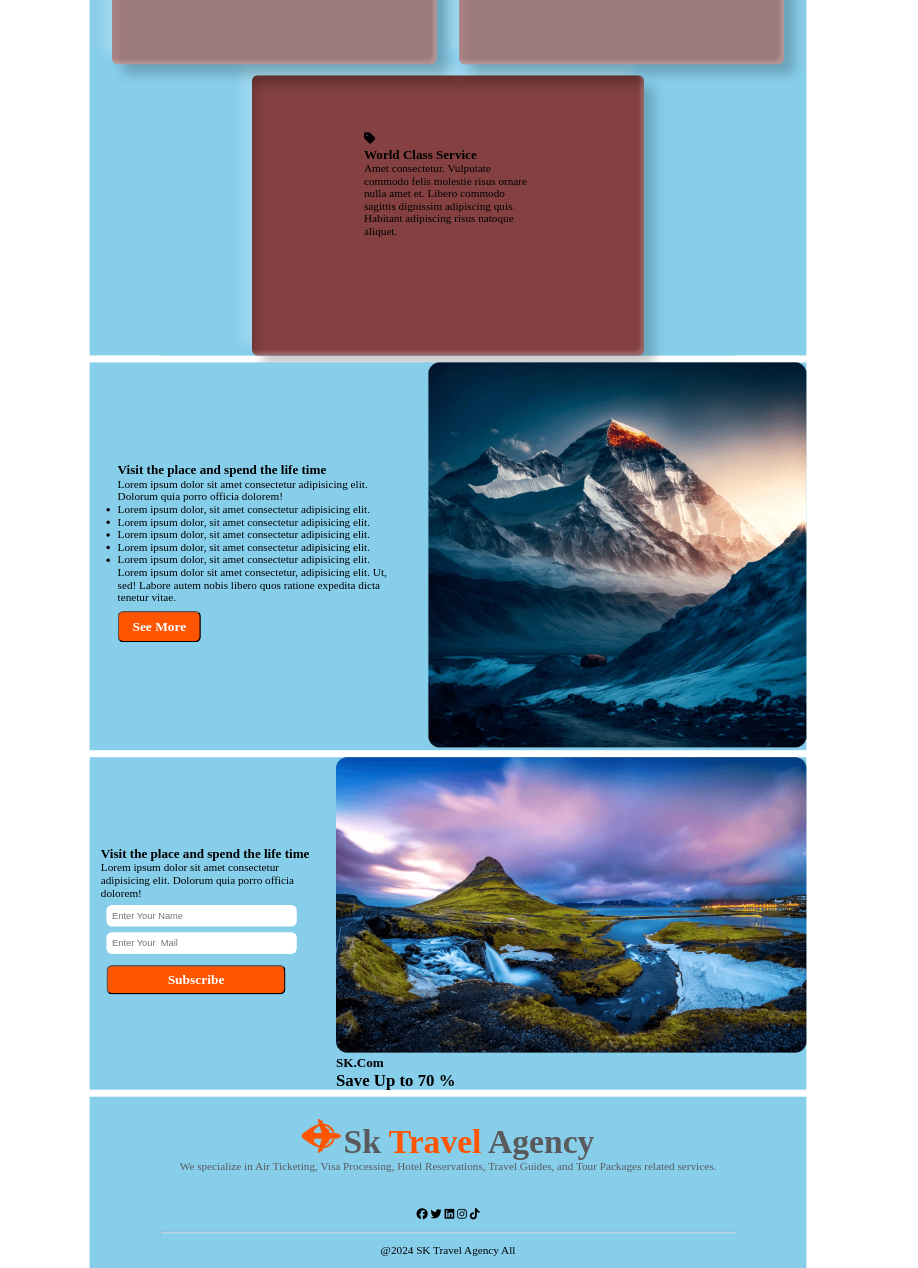
Repository: sumonkumarsarkar/Sk-Travel-Agency-
Page: index.html
An editor plug-in stored every save of this project. The page is shown before and after the next save, followed by the edit.
The browser window is 1280 px wide. The page is 1312 px wide, so the pictures cover 1312 px, including what lies to the right of the window. The pictures show the part of the page from y = 2884 to 4764 px (the page is 4696 px tall before and 4764 px after), at 70% of full size.

Above is the page before, as saved 2024-01-17 15:14:01.

After the next save:
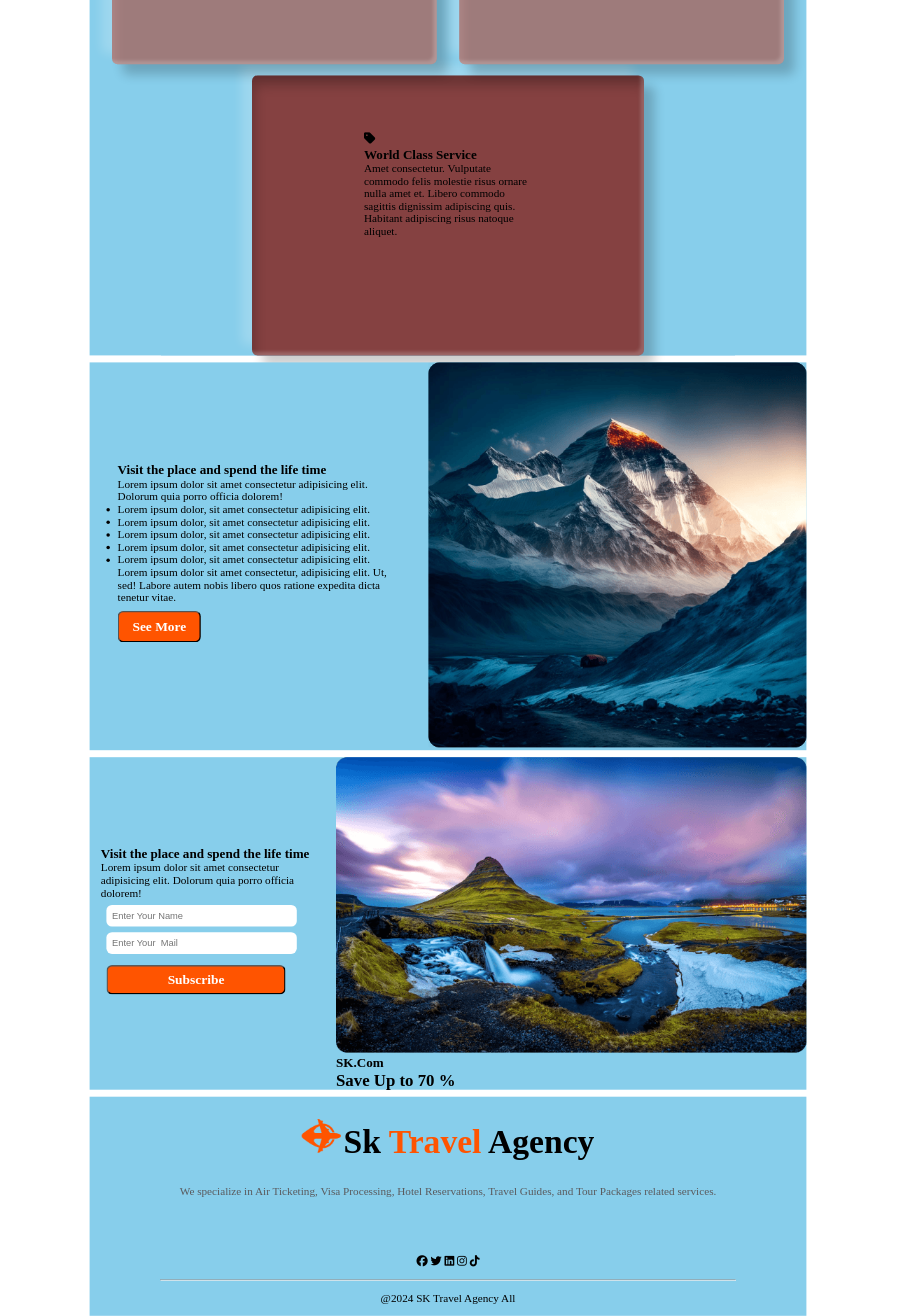
Saved 55 s later.
--- a/style.css
+++ b/style.css
@@ -200,6 +200,12 @@ nav{
 .container .nornal-text{
 text-align: center;
 padding: 2rem 2rem;
+
+
+}
+.container .nornal-text p{
+text-align: center;
+padding: 2rem 2rem;
 color: #5A5A5D;
 font-family: Mulish;
 font-style: normal;
@@ -228,6 +234,7 @@ text-align: center;
 padding: 1rem 2rem;
 
 
+
 }
 .container, hr{
 width: 80%;
